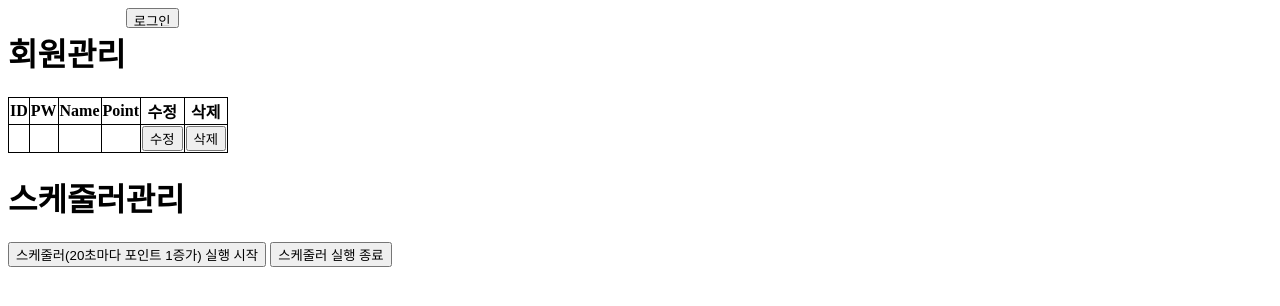
Repository: euniiee/test11
Page: http://localhost/Project/memList.jsp
These files come from the project's save history. The page is drawn as it stood at one moment and after the next save; the edit follows.
The browser window is 1280 px wide. The pictures show the whole page.
The page is served by Tomcat 9. Other server files are loaded and not shown.

Above is the page before, as saved 2023-02-01 01:57:18.

### Project/WebContent/memList.jsp
<%@ page language="java" contentType="text/html; charset=UTF-8"
    pageEncoding="UTF-8"%>
<!DOCTYPE html>
<html>
<head>
<meta charset="UTF-8">
<title>Insert title here</title>
<script src="https://code.jquery.com/jquery-3.6.3.js" integrity="sha256-nQLuAZGRRcILA+6dMBOvcRh5Pe310sBpanc6+QBmyVM=" crossorigin="anonymous"></script>
<script>
$(function() {
	$('.delete').click(function(){
		alert("삭제되었습니다.");
	});

})
</script>
<style>
	table {
		border-collapse : collapse;
	}
	table, th, td {
		border: 1px solid black;
	}
</style>
</head>
<body>
<div>
	<div style="display: flex;">
		<h1>회원관리</h1>
		<div>
			<input style="height: 20px;" type="button" value="로그인">
		</div>
	</div>
	<table>
			<tr>
				<th>ID</th>
				<th>PW</th>
				<th>Name</th>
				<th>Point</th>
				<th>수정</th>
				<th>삭제</th>
			</tr>
			<tr>
				<td></td>
				<td></td>
				<td></td>
				<td></td>
				<td><input type="button" value="수정"></td>
				<td><input type="button" class="delete" value="삭제"></td>
			</tr>

	</table>
	<div>
		<h1>스케줄러관리</h1>
		<input type="button" value="스케줄러(20초마다 포인트 1증가) 실행 시작">
		<input type="button" value="스케줄러 실행 종료">
	</div>


</div>


</body>
</html>

After the next save:
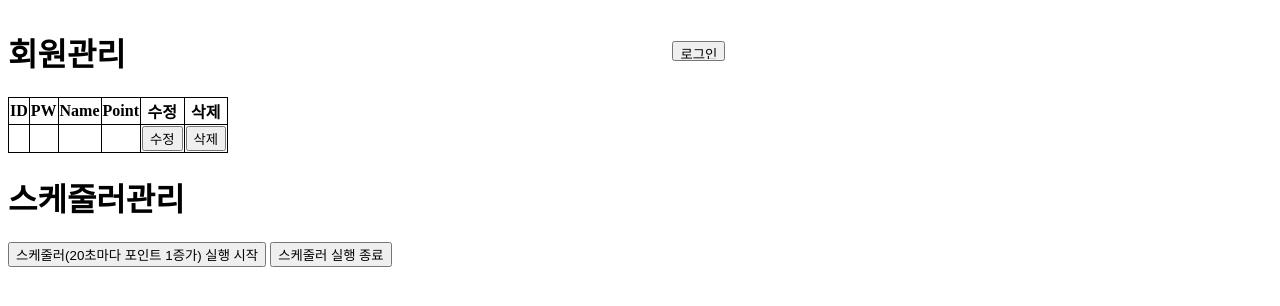
Saved 3 min 0 s later.
--- a/Project/WebContent/memList.jsp
+++ b/Project/WebContent/memList.jsp
@@ -24,10 +24,10 @@ $(function() {
 </style>
 </head>
 <body>
-<div>
+<div style="display: 500px;">
 	<div style="display: flex;">
 		<h1>회원관리</h1>
-		<div>
+		<div style="margin: auto;">
 			<input style="height: 20px;" type="button" value="로그인">
 		</div>
 	</div>
